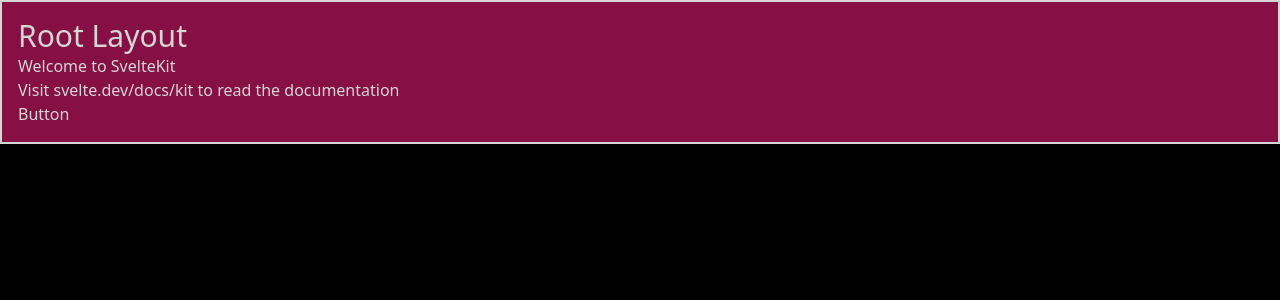
Repository: eyassud/notenow
Page: /
The author's editor kept a copy of each file at every save. The page is drawn from the files as they stood at one save, then again after the next save.
The browser window is 1280 px wide. The pictures show the whole page.
The project was rebuilt for these pictures with package versions that can differ from the ones it lists, and the page was loaded fresh each time. The framework's server and built-in components were replaced by stand-ins that run in the browser. Also part of the build but not shown: svelte.config.js, vite.config.ts.

Above is the page before, as saved 2025-12-12 12:22:26.

### src/routes/+layout.svelte
<script lang="ts">
	import './layout.css';
	import favicon from '$lib/assets/favicon.svg';

	let { children } = $props();
</script>

<svelte:head>
	<link rel="icon" href={favicon} />
</svelte:head>

<div class="border-2 bg-pink-900 p-4">
	<h1 class="text-3xl">Root Layout</h1>

	{@render children()}
</div>

### src/routes/(marketing)/+layout.svelte
<script lang="ts">
	import type { LayoutProps } from './$types';

	let { data, children }: LayoutProps = $props();
</script>

{@render children()}

### src/routes/(marketing)/+page.svelte
<script>
	import Button from '$components/button.svelte';
</script>

<h1>Welcome to SvelteKit</h1>
<p>Visit <a href="https://svelte.dev/docs/kit">svelte.dev/docs/kit</a> to read the documentation</p>

<Button />

### src/routes/layout.css
@import 'tailwindcss';
@plugin '@tailwindcss/forms';
@plugin '@tailwindcss/typography';
@plugin 'daisyui';

@plugin 'daisyui' {
	themes:
		light --preferswhite,
		black --default;
}

Loaded but not shown: src/app.html (common file); src/lib/components/button.svelte (common file)

After the next save:
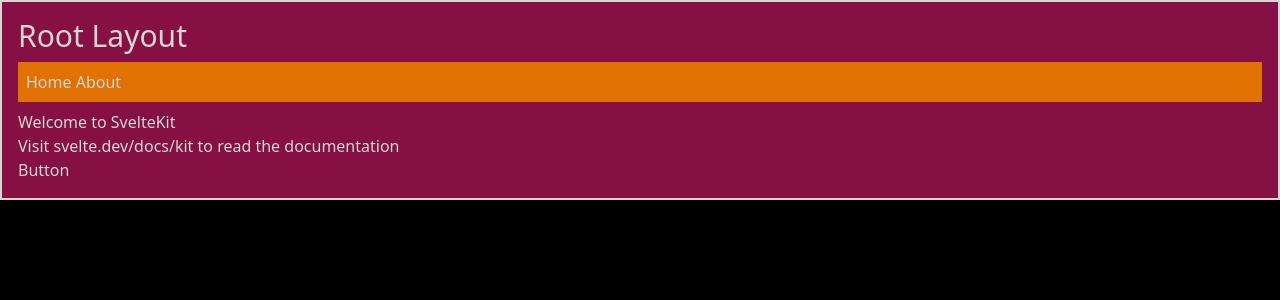
Saved 14 s later.
--- a/src/routes/(marketing)/+layout.svelte
+++ b/src/routes/(marketing)/+layout.svelte
@@ -4,4 +4,12 @@
 	let { data, children }: LayoutProps = $props();
 </script>
 
+<nav class="my-2 bg-amber-600 p-2">
+		<ul class="flex gap-2">
+			<li>
+				<a href="/">Home</a>
+				<a href="/about">About</a>
+			</li>
+		</ul>
+	</nav>
 {@render children()}
